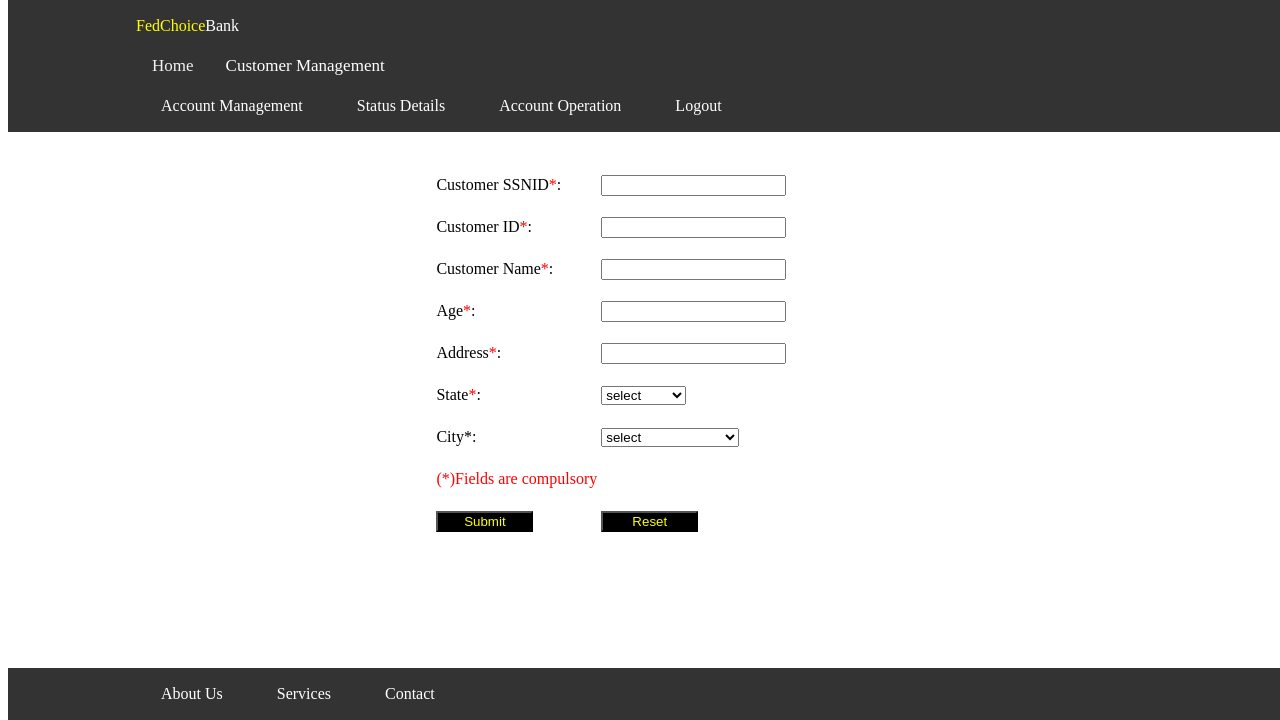
Repository: gopikavinod/RBM
Page: http://localhost/Retail_Bank_Management/userLogged.jsp
The author's editor kept a copy of each file at every save. The page is drawn from the files as they stood at one save, then again after the next save.
The browser window is 1280 px wide. The pictures show the whole page.
The page is served by Tomcat 9. Other server files are loaded and not shown.

Above is the page before, as saved 2020-06-16 08:27:37.

### eclipse-workspace/Retail Bank Management/WebContent/userLogged.jsp
<%@page import="com.bean.LoginServlet"%>
<%@ page language="java"
         contentType="text/html; charset=windows-1256"
         pageEncoding="windows-1256"
         import="com.bean.UserBean"

   %>

   <!DOCTYPE html PUBLIC "-//W3C//DTD HTML 4.01 Transitional//EN"
   "http://www.w3.org/TR/html4/loose.dtd">

   <html>

      <head>
         <meta http-equiv="Content-Type"
            content="text/html; charset=windows-1256">
     <%--  <% String message = (String)request.getAttribute("alertMsg");%>
	<script type="text/javascript">
    var msg = "<%=message%>";
    alert(msg);
</script> --%>
   <title>FedChoice Bank</title>
<style>
    /* Add some padding on document's body to prevent the content
    to go underneath the header and footer */
    body{
        padding-top: 60px;
        padding-bottom: 40px;
    }
    .container{
        width: 80%;
        margin: 0 auto; /* Center the DIV horizontally */
    }
    .fixed-header, .fixed-footer{
        width: 100%;
        position: fixed;
        background: #333;
        padding: 10px 0;
        color: #fff;
    }
    .fixed-header{
        top: 0;
    }
    .fixed-footer{
        bottom: 0;
    }
    /* Some more styles to beutify this example */
    nav a{
        color: #fff;
        text-decoration: none;
        padding: 7px 25px;
        display: inline-block;
    }
    .container p{
        line-height: 200px; /* Create scrollbar to test positioning */
    }
    p.detail
    {
    color:yellow;
    line-height: 0px;
    }
    span.name{
    	color:white;
    }
    tr
    {
    height: 40px;
    }
    span.aestric
    {
    color: red;
    }
    .topnav {
  overflow: hidden;
  background-color: #333;
}

.topnav a {
  float: left;
  display: block;
  color: #f2f2f2;
  text-align: center;
  padding: 14px 16px;
  text-decoration: none;
  font-size: 17px;
}
    .dropdown {
  float: left;
  overflow: hidden;
}
.dropdown .dropbtn {
  font-size: 17px;
  border: none;
  outline: none;
  color: white;
  padding: 14px 16px;
  background-color: inherit;
  font-family: inherit;
  margin: 0;
}

.dropdown-content {
  display: none;
  position: absolute;
  background-color: #f9f9f9;
  min-width: 160px;
  box-shadow: 0px 8px 16px 0px rgba(0,0,0,0.2);
  z-index: 1;
}

.dropdown-content a {
  float: none;
  color: black;
  padding: 12px 16px;
  text-decoration: none;
  display: block;
  text-align: left;
}

.topnav a:hover, .dropdown:hover .dropbtn {
  background-color: #555;
  color: white;
}

.dropdown-content a:hover {
  background-color: #ddd;
  color: black;
}

.dropdown:hover .dropdown-content {
  display: block;
}

</style>
</head>
<body>
    <div class="fixed-header">
        <div class="container">
            <nav>
          <p class="detail">FedChoice<span class="name">Bank</span></p>
          <div class="topnav" id="myTopnav">
                <a href="#">Home</a>
                <div class="dropdown">
    <button class="dropbtn">Customer Management
      <i class="fa fa-caret-down"></i>
    </button>
    <div class="dropdown-content">
      <a href="#">Create Customer</a>
      <a href="#">Update Customer</a>
      <a href="#">Delete Customer</a>
      <a href="#">View Customer Details</a>
    </div>
    </div>
  </div>

                <a href="#">Account Management</a>
                <a href="#">Status Details</a>
                <a href="#">Account Operation</a>
                <a href="#">Logout</a>
            </nav>
        </div>
    </div>
    <div class="container">
    <p>
    	<form action="CustomerServlet" name="createCustomer" enctype="multipart/form-data" style="margin-top: 95px;
    margin-left: 299px;" >
    <table>
<tr >
<td>Customer SSNID<span class="aestric">*</span>:</td>
<td><input type="text" id="cssnid" name="customerssnid" value="" > </td>
</tr>
<tr >
<td>Customer ID<span class="aestric">*</span>:</td>
<td><input type="text" id="custid" name="customerid" value=""> </td>
</tr>
<tr>
<td>Customer Name<span class="aestric">*</span>:</td>
<td><input type="text" id="cname" name="customername" value="" required="required"> </td>
</tr>
<tr>
<td>Age<span class="aestric">*</span>:</td>
<td><input type="number" id="age" name="customerage" value="" required="required"></td>
</tr>
<tr>
<td>Address<span class="aestric">*</span>:</td>
<td> <input type="text" id="address" name="customeraddress" value="" required="required"></td>
</tr>
<tr>
<td>State<span class="aestric">*</span>:</td>
<td> <select name="state" id="state">
<option value="select">select</option>
  <option value="Kerala">Kerala</option>
  <option value="TamilNadu">TamilNadu</option>
  <option value="Karnataka">Karnataka</option>
  <option value="Delhi">Delhi</option>
</select>
</td>
</tr>
<tr>
<td>City*:</td>
<td> <select name="city" id="city">
<option value="select">select</option>
  <option value="Ernakulam">Ernakulam</option>
  <option value="Thrissur">Thrissur</option>
  <option value="Palakkad">Palakkad</option>
  <option value="Thiruvanathapuram">Thiruvanathapuram</option>
</select>
</td>
</tr>
<tr >
<td style="color: red;"> (*)Fields are compulsory</td>

</tr>

<tr colspan="1">
<td><input type="submit" value="Submit" style="background-color: black;color: yellow ;width:97px"></td>
<td><input type="reset" value="Reset" style="background-color: black;color: yellow ;width:97px"></td>
</tr>

</table>

    	</form>
    	</p>
    	    </div>
    <div class="fixed-footer">
        <div class="container">
        <nav>

                <a href="#">About Us</a>
                <a href="#">Services</a>
                <a href="#">Contact</a>
        </nav>
        </div>
    </div>
</body>
   </html>

After the next save:
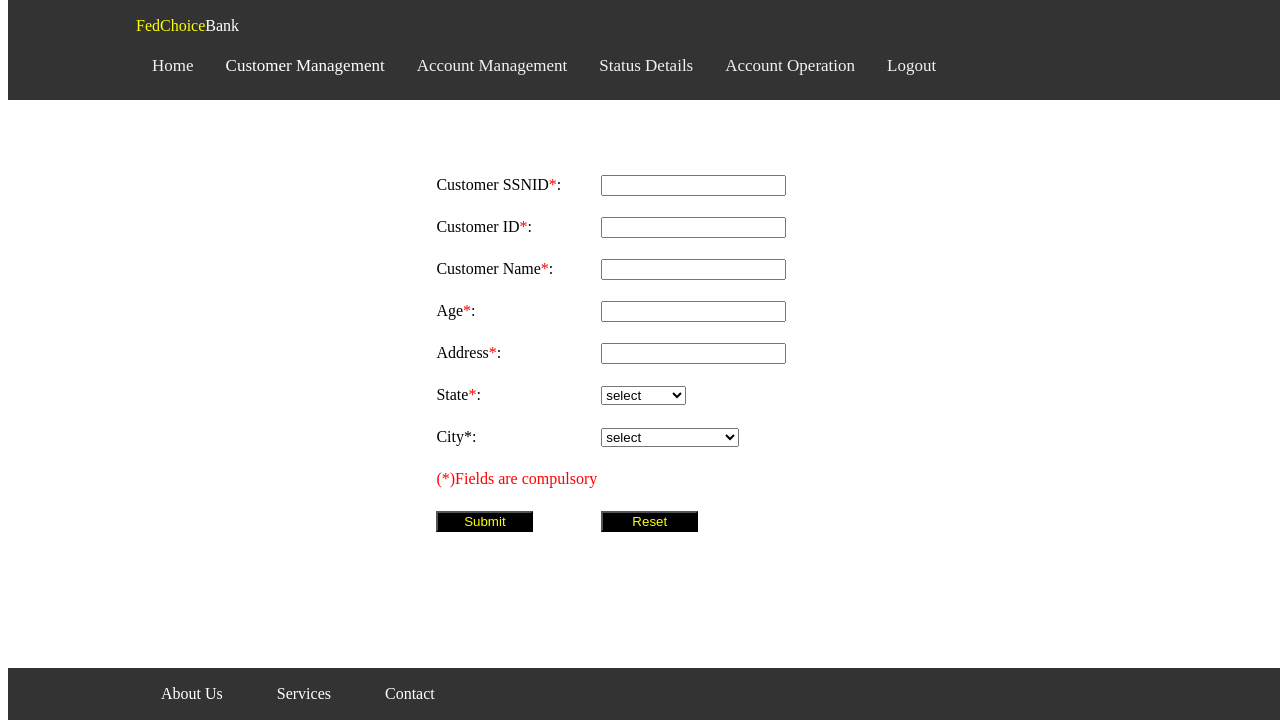
Saved 53 s later.
--- a/eclipse-workspace/Retail Bank Management/WebContent/userLogged.jsp
+++ b/eclipse-workspace/Retail Bank Management/WebContent/userLogged.jsp
@@ -151,7 +151,7 @@
       <a href="#">View Customer Details</a>
     </div>
     </div>
-  </div>
+
 
                 <a href="#">Account Management</a>
                 <a href="#">Status Details</a>
